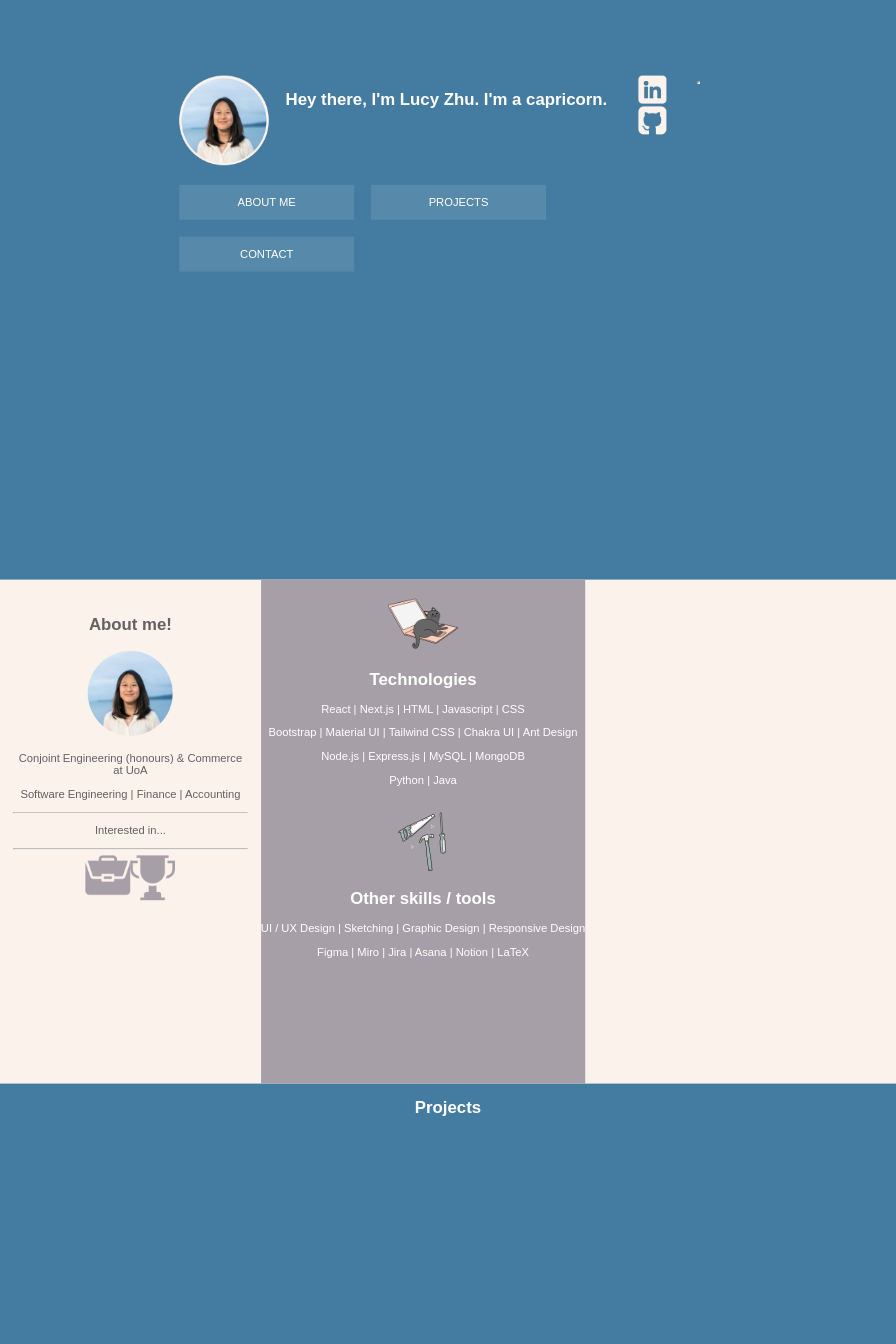
Repository: lukisoo/lukisoo-portfolio
Page: /
An editor plug-in stored every save of this project. The page is shown before and after the next save, followed by the edit.
The browser window is 1280 px wide. The pictures show the part of the page from y = 0 to 1920 px (the page is 3028 px tall), at 70% of full size.
The project was rebuilt for these pictures with package versions that can differ from the ones it lists, and the page was loaded fresh each time.

Above is the page before, as saved 2022-07-31 07:32:50.

After the next save:
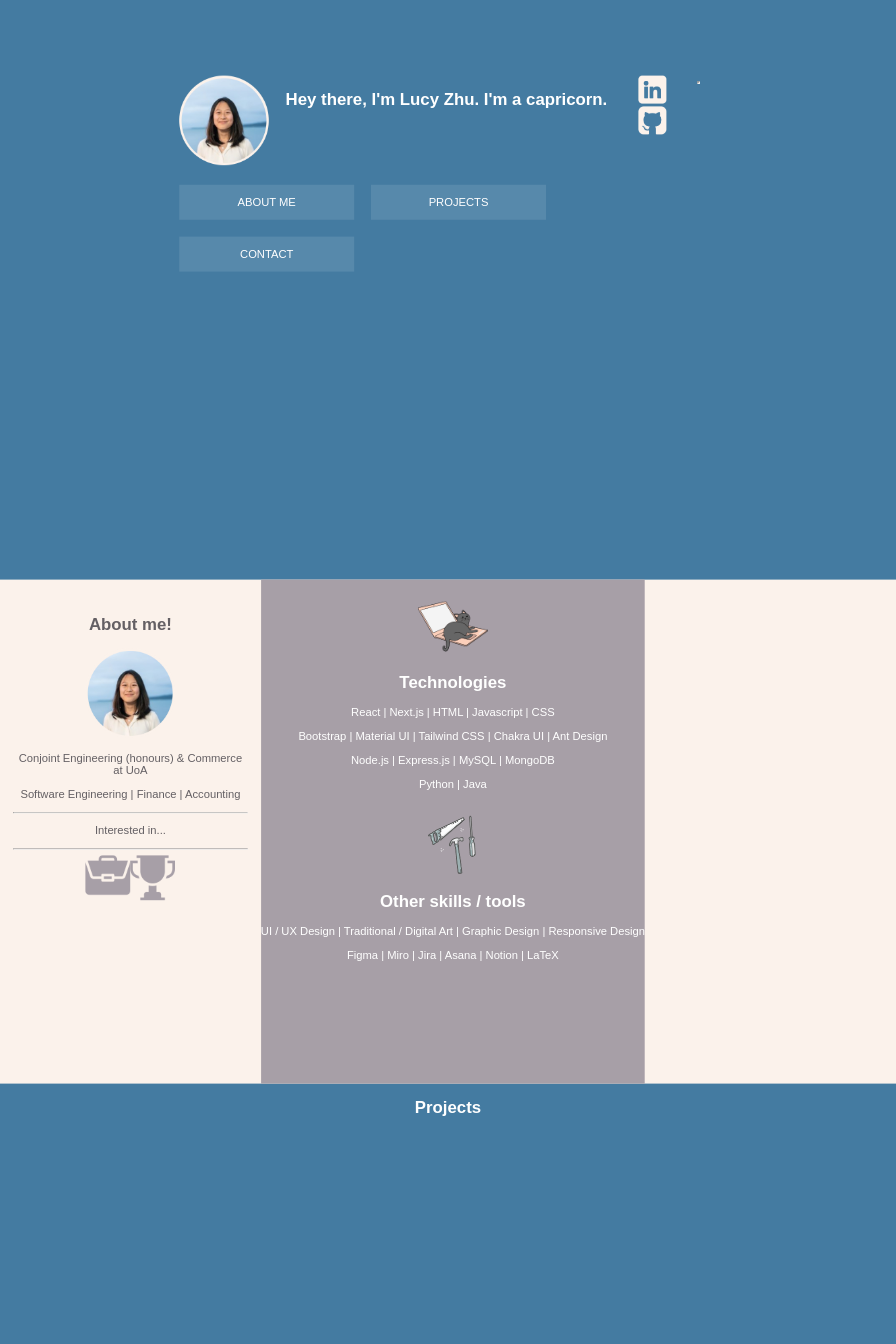
Saved 24 s later.
--- a/src/App.js
+++ b/src/App.js
@@ -125,7 +125,7 @@ function App() {
                   <img src={Tools} className="tools-gif" alt="Tools" />
                   <h2>Other skills / tools</h2>
                   <p>
-                    UI / UX Design | Sketching | Graphic Design | Responsive
+                    UI / UX Design | Traditional / Digital Art | Graphic Design | Responsive
                     Design
                   </p>
                   <p>Figma | Miro | Jira | Asana | Notion | LaTeX</p>
